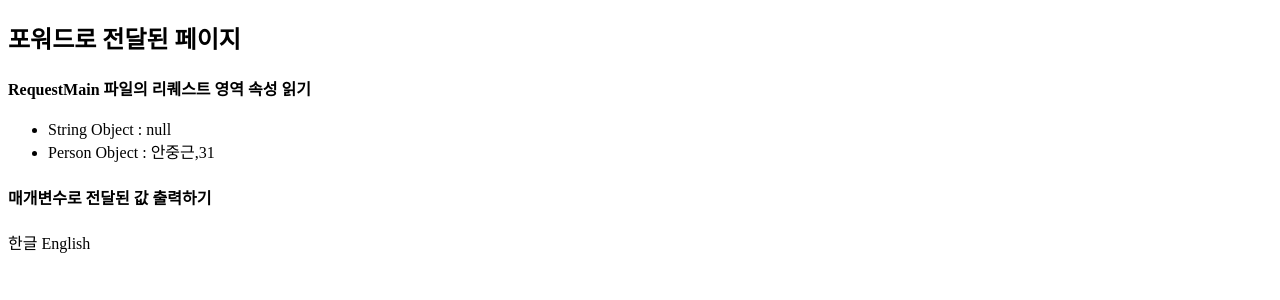
Repository: Charles0304/JSP
Page: http://localhost/MustHaveJSP/03Scope/RequestMain.jsp
An editor plug-in stored every save of this project. The page is shown before and after the next save, followed by the edit.
The browser window is 1280 px wide. The pictures show the whole page.
The page is served by Tomcat 10. Nobody is signed in. The application's start-up code is not run. Other server files are loaded and not shown.

Above is the page before, as saved 2024-04-17 07:27:23.

### MustHaveJSP/src/main/webapp/03Scope/RequestMain.jsp
<%@ page import = "common.Person" %>
<%@ page language="java" contentType="text/html; charset=UTF-8"
    pageEncoding="UTF-8"%>
<%
request.setAttribute("requestString", "request 영역의 문자열");
request.setAttribute("requestPerson", new Person("안중근",31));
%>
<!DOCTYPE html>
<html>
<head>
<meta charset="UTF-8">
<title>request 영역</title>
</head>
<body>
<h2>request 영역의 속성값 삭제하기</h2>
<%
request.removeAttribute("requestString");
request.removeAttribute("requestInteger");
%>
<%
Person rPerson = (Person)(request.getAttribute("requestPerson"));
%>
<ul>
<li>String Object : <%= request.getAttribute("requestString") %></li>
<li>Person Object : <%= rPerson.getName() %>, <%= rPerson.getAge() %></li>
</ul>
<%
	request.getRequestDispatcher(
		"RequestForward.jsp?paramHan=한글&paramEng=English")
		.forward(request, response);
 %>
<h2>포워드된 페이지에서 request 영역 속성값 읽기</h2>
</html>

### MustHaveJSP/src/main/webapp/03Scope/RequestForward.jsp
<%@ page import = "common.Person" %>
<%@ page language="java" contentType="text/html; charset=UTF-8"
    pageEncoding="UTF-8"%>
<!DOCTYPE html>
<html>
<head>
<meta charset="UTF-8">
<title>Request 영역</title>
</head>
<body>
<h2>포워드로 전달된 페이지</h2>
<h4>RequestMain 파일의 리퀘스트 영역 속성 읽기</h4>
<%
Person pPerson = (Person)(request.getAttribute("requestPerson"));
%>
<ul>
<li>String Object : <%= request.getAttribute("requestString") %></li>
<li>Person Object : <%= pPerson.getName() %>,<%= pPerson.getAge() %></li>
</ul>
<h4>매개변수로 전달된 값 출력하기</h4>
<%
request.setCharacterEncoding("UTF-8");
out.println(request.getParameter("paramHan"));
out.println(request.getParameter("paramEng"));
%>
</body>
</html>

### MustHaveJSP/src/main/java/common/Person.java
package common;

public class Person {
	private String name;
	private int age;
	public Person(String name, int age) {
		super();
		this.name = name;
		this.age = age;
	}
	public Person() {}

	public String getName() {
		return name;
	}

	public void setName(String name) {
		this.name = name;
	}

	public int getAge() {
		return age;
	}

	public void setAge(int age) {
		this.age = age;
	}


}

After the next save:
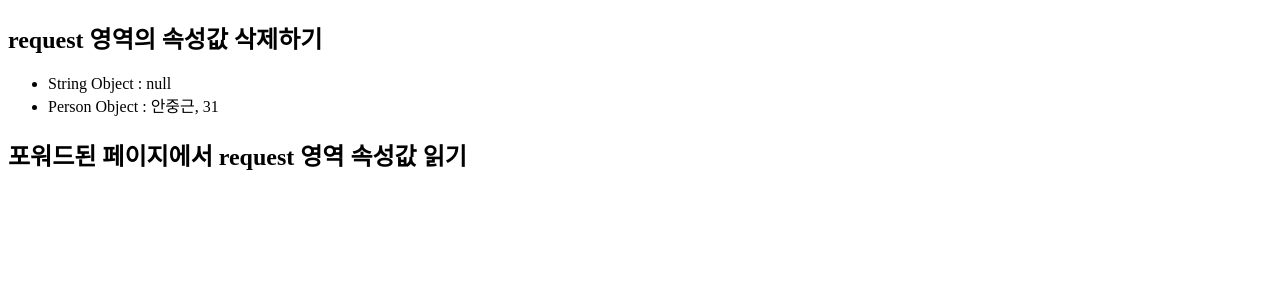
Saved 4 s later.
--- a/MustHaveJSP/src/main/webapp/03Scope/RequestMain.jsp
+++ b/MustHaveJSP/src/main/webapp/03Scope/RequestMain.jsp
@@ -24,10 +24,10 @@
 <li>String Object : <%= request.getAttribute("requestString") %></li>
 <li>Person Object : <%= rPerson.getName() %>, <%= rPerson.getAge() %></li>
 </ul>
-<%
+<%--
 	request.getRequestDispatcher(
 		"RequestForward.jsp?paramHan=한글&paramEng=English")
 		.forward(request, response);
- %>
+ --%>
 <h2>포워드된 페이지에서 request 영역 속성값 읽기</h2>
 </html>

After the save that followed:
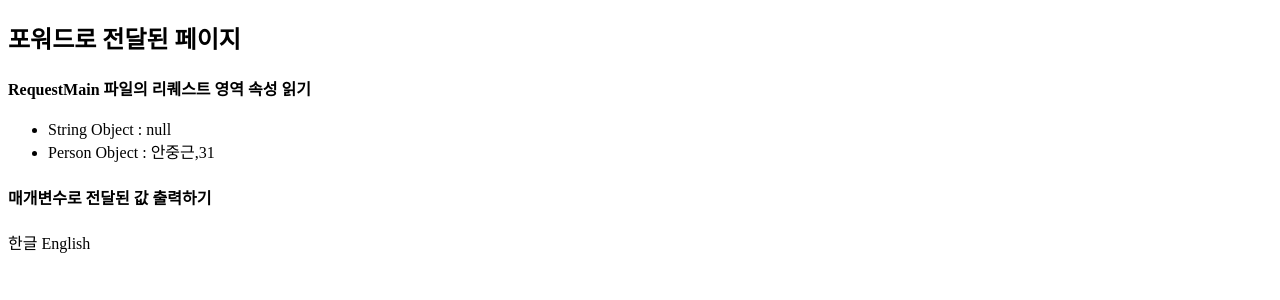
Saved 82 s later.
--- a/MustHaveJSP/src/main/webapp/03Scope/RequestMain.jsp
+++ b/MustHaveJSP/src/main/webapp/03Scope/RequestMain.jsp
@@ -24,10 +24,12 @@
 <li>String Object : <%= request.getAttribute("requestString") %></li>
 <li>Person Object : <%= rPerson.getName() %>, <%= rPerson.getAge() %></li>
 </ul>
-<%--
+
+<h2>포워드된 페이지에서 request 영역 속성값 읽기</h2>
+
+<%
 	request.getRequestDispatcher(
 		"RequestForward.jsp?paramHan=한글&paramEng=English")
 		.forward(request, response);
- --%>
-<h2>포워드된 페이지에서 request 영역 속성값 읽기</h2>
+ %>
 </html>
